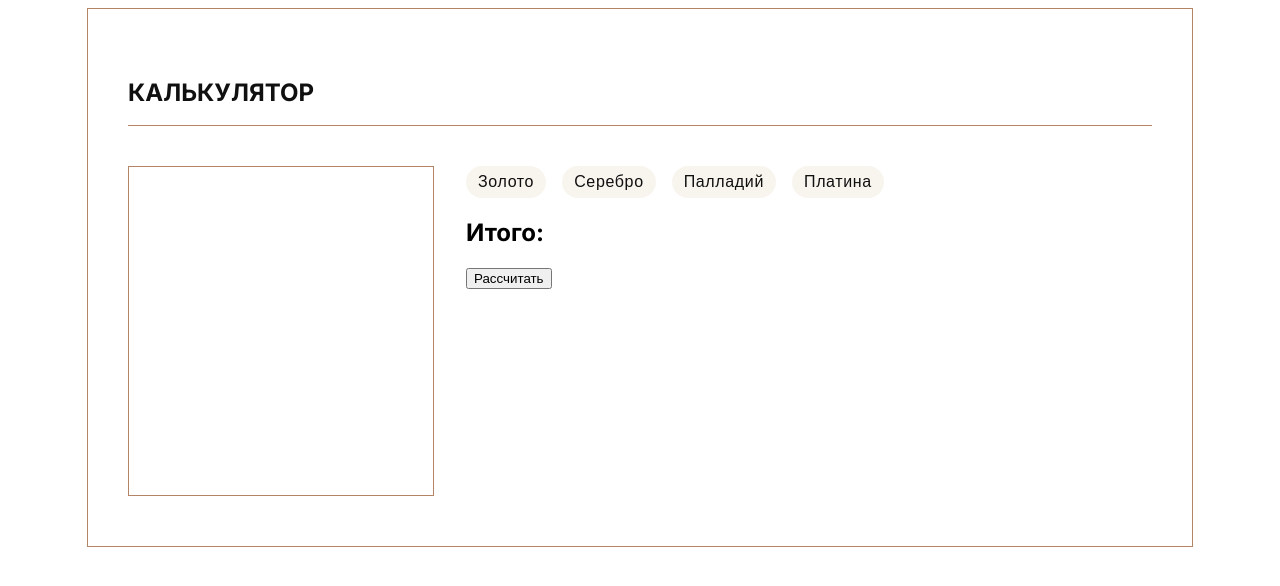
Repository: Kirill2034/Calculator-metal
Page: /
An editor plug-in stored every save of this project. The page is shown before and after the next save, followed by the edit.
The browser window is 1280 px wide. The pictures show the whole page.
The project was rebuilt for these pictures with package versions that can differ from the ones it lists, and the page was loaded fresh each time.

Above is the page before, as saved 2021-11-27 18:36:21.

After the next save:
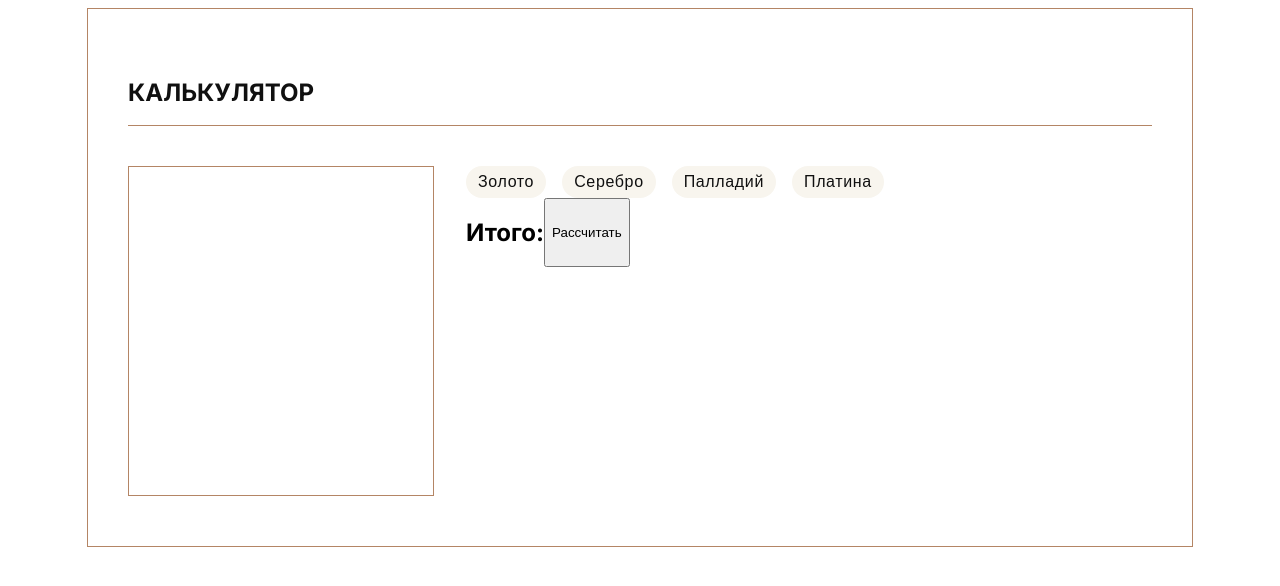
Saved 35 s later.
--- a/src/App.css
+++ b/src/App.css
@@ -3,3 +3,4 @@
 
 .App .calculator {display: flex;}
 .App .calculator .metal-image {width: 304px; height: 328px; border: 1px solid #B48565; margin-right: 32px;}
+.App .calculator .calculate {display: flex;}
